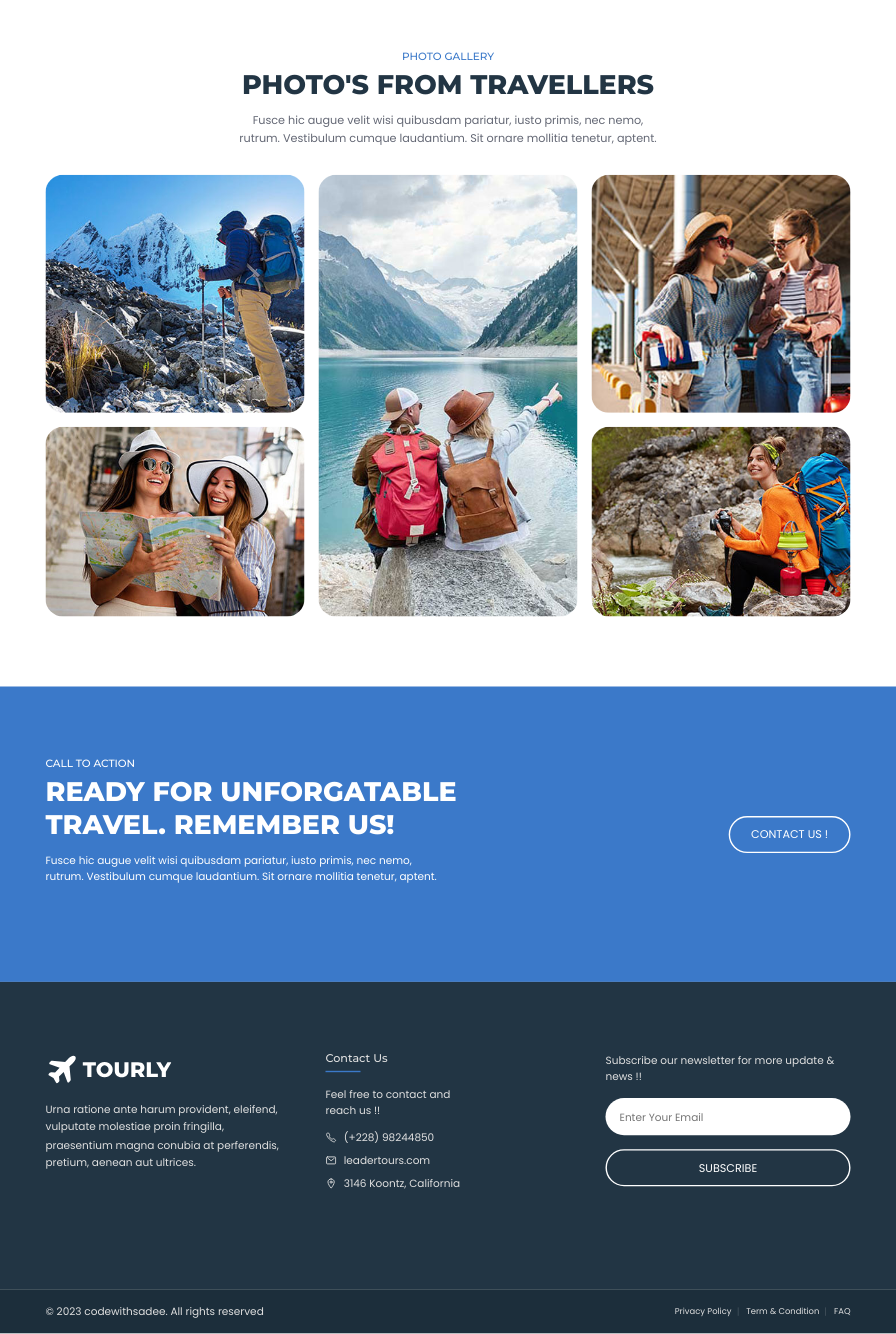
Repository: starlabman/Leader_Tours
Page: index.html
These files come from the project's save history. The page is drawn as it stood at one moment and after a run of saves; the edit follows.
The browser window is 1280 px wide. The pictures show the part of the page from y = 3494 to 5414 px (the page is 5399 px tall before and 5500 px after), at 70% of full size.

Above is the page before, as saved 2023-10-23 08:04:34.

After the next 2 saves:
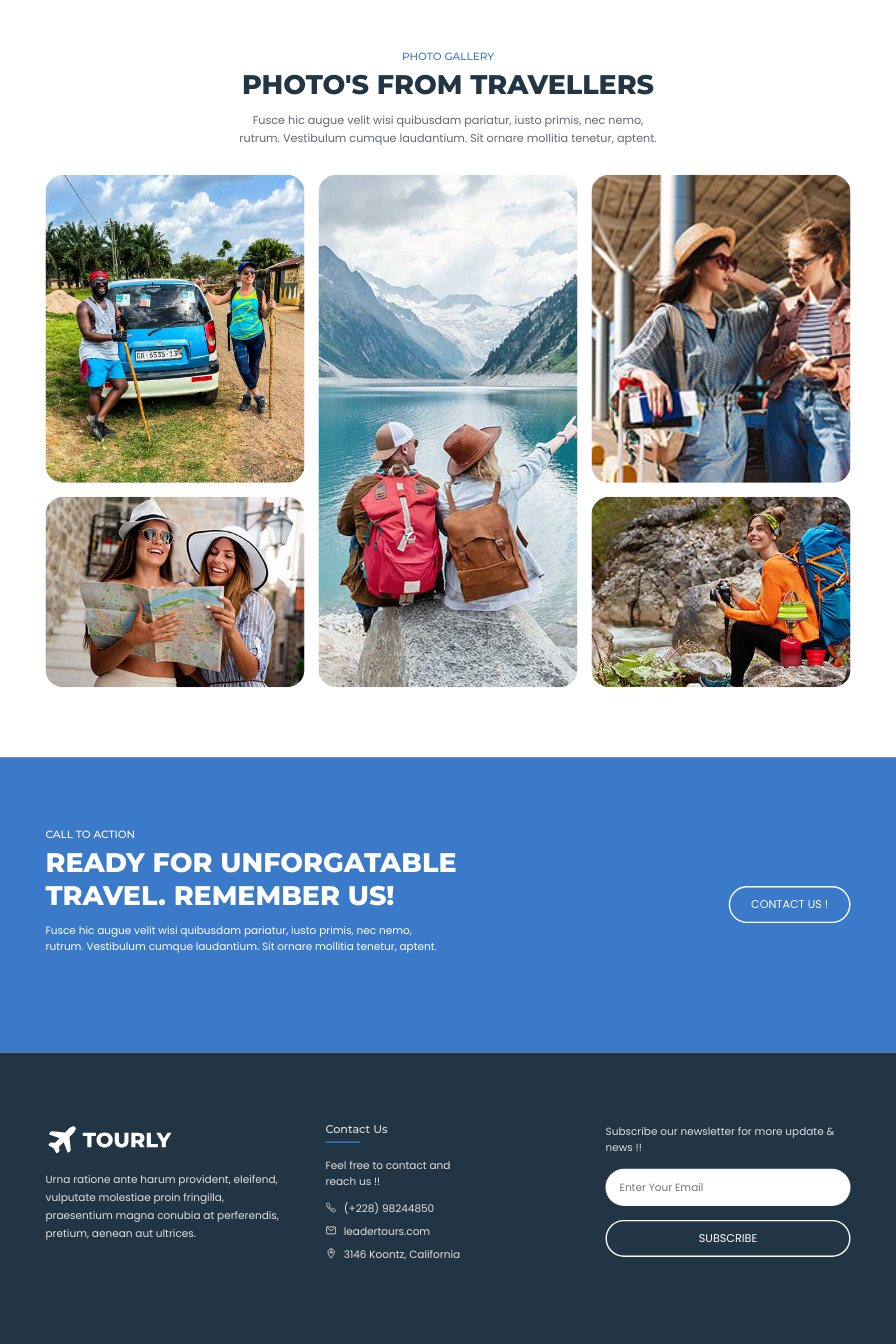
The 2 saves are shown as one change because they came seconds apart.
The last was saved 8 min 30 s later.
--- a/index.html
+++ b/index.html
@@ -634,7 +634,7 @@
 
             <li class="gallery-item">
               <figure class="gallery-image">
-                <img src="./assets/images/gallery-1.jpg" alt="Gallery image">
+                <img src="./assets/images/photo_2023-09-12_15-59-10.jpg" alt="Gallery image">
               </figure>
             </li>
 
